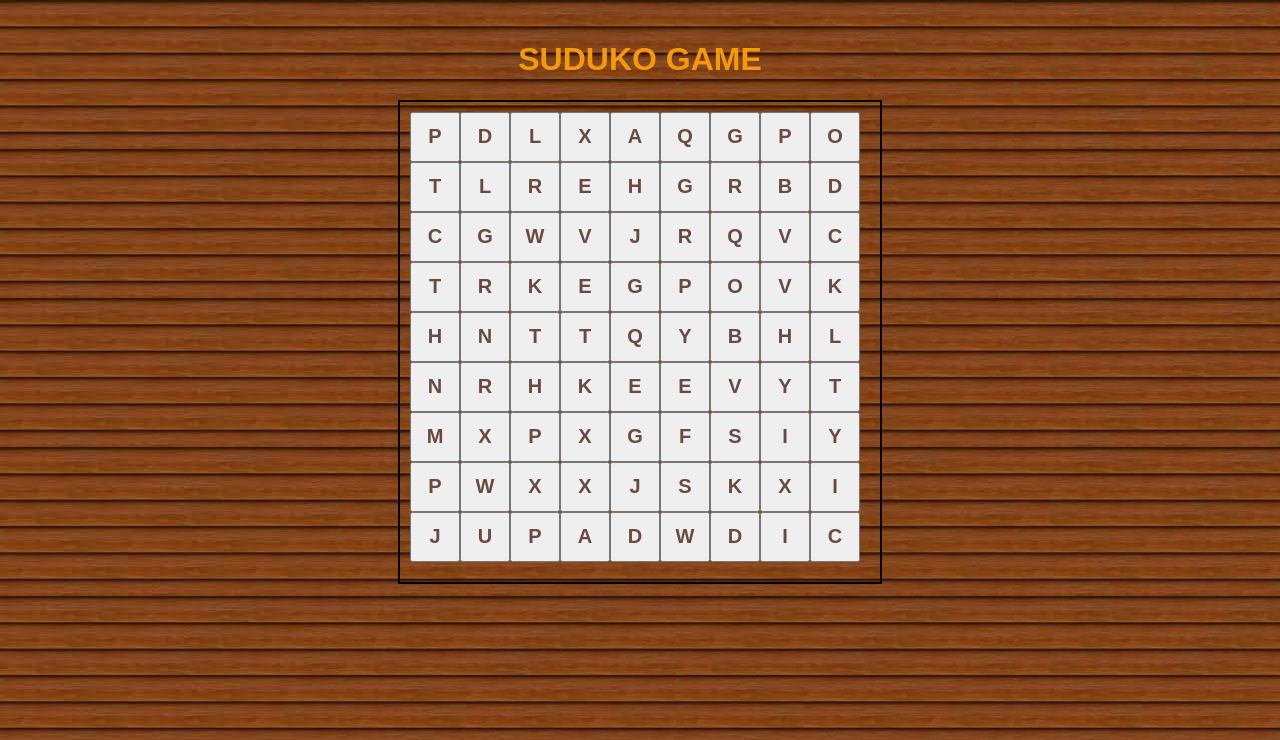
Repository: ahmad8969/Suduko-Game-React-App
Page: /
The author's editor kept a copy of each file at every save. The page is drawn from the files as they stood at one save, then again after a run of saves.
The browser window is 1280 px wide. The pictures show the whole page.
Some web fonts or font styles are not loaded; a fallback is used. The project was rebuilt for these pictures with package versions that can differ from the ones it lists, and the page was loaded fresh each time.

Above is the page before, as saved 2021-03-11 12:31:08.

### src/index.js
import React from 'react';
import ReactDOM from 'react-dom';
import './index.css';
import Board from './board';
import reportWebVitals from './reportWebVitals';

ReactDOM.render(
  <React.StrictMode>
    <Board />
  </React.StrictMode>,
  document.getElementById('root')
);



// If you want to start measuring performance in your app, pass a function
// to log results (for example: reportWebVitals(console.log))
// or send to an analytics endpoint. Learn more: https://bit.ly/CRA-vitals
reportWebVitals();

### src/board.js
import React, { useState}  from 'react';   //{useState}
import './App.css';
import Block from './components/block'
import NineBlock from './components/nineBlockComponent';

// function useForceUpdate(){
//   const [counter,setCounter]= useState(0);
//   return setCounter(counter+1);


// }
function Board () {
  const xAxis_Selection_Array=   [];
  const yAxis_Selection_Array=   [];
  const DiagonalSelectionUpward_Selection_Array= [];
  const DiagonalSelectionUpwardLeftUp_selection_Array= [];
  const DiagonalSelectionDownward_selection_Array= [];
  const DiagonalSelectionDownwardLeftDown_selection_Array= [];
  const complete_blocks_Array = [];

  const nine_block_Element_into_Nine = [0,1,2,3,4,5,6,7,8];
  const single_block_Into_Nine = [0,1,2,3,4,5,6,7,8];
  const [getting_current_id, setGetting_current_id]=useState();
  const [Iid, setIid]=useState();
  const [Jid, setJid]=useState();
  // const [isClicked,  setIsClicked]= useState(false);




  const Click = (idOfSpecificButton,i,j,e) =>{

    setGetting_current_id(idOfSpecificButton);
    setIid(i);
    setJid(j);
    console.log(Iid,Jid,getting_current_id);
  }

  const XaxisSelection = (i)=>{
    for(let xAxis= 0; xAxis<=8; xAxis++){
      let creatId= i+ xAxis;
      document.getElementById(creatId).style.backgroundColor="indigo";
      xAxis_Selection_Array.push(creatId);
    }
  }

  const YaxisSelection = (i)=> {
    for(let xAxis1= 0; xAxis1<=8; xAxis1++){
      let creatId=  xAxis1 +i;
      document.getElementById(creatId).style.backgroundColor="indigo";

      yAxis_Selection_Array.push(creatId);
    }
  }

  const DiagonalSelectionUpward = (selectedId)=>{
  let array_of_length= nine_block_Element_into_Nine.length;
  console.log(array_of_length);
  console.log(typeof(array_of_length));
  let get_the_id_of_current_box= parseInt(selectedId);
  console.log(get_the_id_of_current_box);
    for(let hello=get_the_id_of_current_box; hello>=0; hello-=array_of_length){
      if(hello<=9){
        if(hello==9){
          return;
        }else{
        var concatination = 0+`${hello}`;
        document.getElementById(`${concatination}`).style.backgroundColor="indigo";
        DiagonalSelectionUpward_Selection_Array.push(`${concatination}`);

      }
      } else if(hello==19 || hello==29 || hello==39 || hello==49 || hello==59 || hello==69 || hello==79){
        return;
      }
      else{
        document.getElementById(`${hello}`).style.backgroundColor="indigo";
        DiagonalSelectionUpward_Selection_Array.push(`${hello}`);

      }

    }
  }
        const DiagonalSelectionUpwardLeftUp = (selectedId)=>{
          let array_of_length= 2 + nine_block_Element_into_Nine.length;
          console.log(array_of_length);
          console.log(typeof(array_of_length));
          let get_the_id_of_current_box= parseInt(selectedId);
          console.log(get_the_id_of_current_box);
            for(let hello=get_the_id_of_current_box; hello>=0; hello-=array_of_length){
              if(hello<=9){
                var concatination = 0+`${hello}`;
                document.getElementById(concatination).style.backgroundColor="indigo";
                DiagonalSelectionUpwardLeftUp_selection_Array.push(concatination);
                return;

              } else if( hello==9 || hello==19 || hello==29 || hello==39 || hello==49 || hello==59 || hello==69 || hello==79){
                return;
              }
              else{
                document.getElementById(hello).style.backgroundColor="indigo";
                DiagonalSelectionUpwardLeftUp_selection_Array.push(hello);
              }
              console.log(DiagonalSelectionUpwardLeftUp_selection_Array);
            }

          }


        const DiagonalSelectionDownward= (selectedId)=>{
          let array_of_length= nine_block_Element_into_Nine.length;
          console.log(array_of_length);
          console.log(typeof(array_of_length));
          let get_the_id_of_current_box= parseInt(selectedId);
          console.log(get_the_id_of_current_box);
    for(let hello=get_the_id_of_current_box; hello<=88; hello+=array_of_length){
      if(hello==0){
        return;
      }
      else if(hello<=9){
        var concatination = 0+`${hello}`;
        document.getElementById(concatination).style.backgroundColor="indigo";
        DiagonalSelectionDownward_selection_Array.push(concatination);
      } else if(hello==19 || hello==29 || hello==39 || hello==49 || hello==59 || hello==69 || hello==79){
        return;
      }
      else{
        document.getElementById(hello).style.backgroundColor="indigo";
        DiagonalSelectionDownward_selection_Array.push(hello);
      }


    }console.log(DiagonalSelectionDownward_selection_Array)
        }
        const DiagonalSelectionDownwardLeftDown= (selectedId)=>{
          let array_of_length= 2 +  nine_block_Element_into_Nine.length;
  console.log(array_of_length);
  console.log(typeof(array_of_length));
  let get_the_id_of_current_box= parseInt(selectedId);
  console.log(get_the_id_of_current_box);
    for(let hello=get_the_id_of_current_box; hello<=88; hello+=array_of_length){
      if(hello==0){
        return;
      }
      else if(hello<=9){
        var concatination = 0+`${hello}`;
        document.getElementById(concatination).style.backgroundColor="indigo";
        DiagonalSelectionDownwardLeftDown_selection_Array.push(concatination);
      } else if( hello==19 || hello==29 || hello==39 || hello==49 || hello==59 || hello==69 || hello==79){
        return;
      }
      else{
        document.getElementById(hello).style.backgroundColor="indigo";
        DiagonalSelectionDownwardLeftDown_selection_Array.push(hello);
      }

    }console.log(DiagonalSelectionDownwardLeftDown_selection_Array);
        }
        const gettingRandomNumber = () => {
          let random = Math.floor(Math.random() * (65 - 90)) + 90;
          const character = String.fromCharCode(random);
          return character;
        }

        const creatingReadOnlyBlock = () => {
          nine_block_Element_into_Nine.map((val)=>{
            single_block_Into_Nine.map((valu)=>{
              let valueOfId= `${val}${valu}`;
              complete_blocks_Array.push(valueOfId);
            })
          })
        }
        const filter_two_arrays= ()=> {
          const complete_selection_array = [...xAxis_Selection_Array,
            ...yAxis_Selection_Array,
            ...DiagonalSelectionUpward_Selection_Array,
            ...DiagonalSelectionUpwardLeftUp_selection_Array,
            ...DiagonalSelectionDownward_selection_Array,
            ...DiagonalSelectionDownwardLeftDown_selection_Array
          ];
            let filteredId = complete_blocks_Array.filter((id) => !complete_selection_array.includes(id));
            filteredId.map((id) => {
              return (document.getElementById(id).disabled = true);
            });
        }

        const changeStateHandler = (getting_current_id,Iid,Jid) => {
          document.getElementById(getting_current_id).style.color="green";
          XaxisSelection(Iid);
          YaxisSelection(Jid);
          DiagonalSelectionUpward(getting_current_id);
          DiagonalSelectionDownward(getting_current_id);
          DiagonalSelectionDownwardLeftDown(getting_current_id);
          DiagonalSelectionUpwardLeftUp(getting_current_id);

        }
         if(Iid && Jid && getting_current_id !=null){

          changeStateHandler(getting_current_id,Iid,Jid);
          creatingReadOnlyBlock();
          filter_two_arrays();


        }


        // console.log(complete_selection_array);



        // console.log(complete_blocks_Array);




  return (

    <div className="App">
    <h1>SUDUKO GAME </h1>
    <div className="board_nine_block_Style">
    {nine_block_Element_into_Nine.map((s,i)=>{
      return(
      <div>

      <NineBlock id={i}>
        {single_block_Into_Nine.map((s,j)=>


          <Block  rowId={i} value={gettingRandomNumber()} click={Click} colId={j} keys={`${i}${j}`}></Block>

        )}

      </NineBlock>
      </div>
      )
    })
    }
    </div>
    </div>
  );
}

export default Board;

### src/App.css
@import url('http://fonts.cdnfonts.com/css/game');
.App {
  text-align: center;
  background-image: url('images/download.jpg');
  color:rgb(245, 154, 7);
  padding-top:20px;
  font-family: 'GAME', sans-serif;
  /* display: flex; */
   height: 100vh !important;
  /* width: 490px !important; */
  margin: 0 auto;

}

.board_nine_block_Style{
  height: 460px !important;
  width: 460px !important;
  border:2px solid black !important;
  padding: 10px;
  margin:  auto !important;
  /* display: flex; */
  /* grid-column-gap: 0px !important;
  grid-row-gap: 0px !important;
  grid-template-columns:repeat(3,1fr)!important; */
}
.heading{
  color: white;
  text-align:center;
  padding-top:50px!important;
  /* margin-top: 10px!important; */
  font-size: 30px;

}


/* @keyframes App-logo-spin {
  from {
    transform: rotate(0deg);
  }
  to {
    transform: rotate(360deg);
  }
} */

### src/components/block.js
import React, {useState} from 'react';

import './block.css';


const Block = (props)=>{
    var uniqueId = `${props.rowId}`+ `${props.colId}` ;
    const[value, setValue]= useState(props.value)
    const[isClicked, setIsClicked]= useState(false);
    let [counter, setCounter]= useState(0);




    const changeState = (e) => {
        setCounter(counter+1);

        if(counter == 0){
            props.click();
        setIsClicked(!isClicked);
        console.log(counter)
        }
        else if(counter > 0){
            console.log(counter)
            alert("jfksjfkjsalj")
            return;
        }

    }
    const onChangeHandler = (e) =>{
        let getting_Current_Value = e.target.value;
        console.log(getting_Current_Value);
        setValue(getting_Current_Value)
    }
    const onKeyUpHandler = (e) =>{


        if(e.keyCode ===13){
            if(e.target.value ===''){
                alert("fill this");
            }else{
            setIsClicked(!isClicked);
        }
        }
    }
    const onFocusOuts = (e) =>{
        let previousValue = e.target.value;
        console.log(previousValue);
            if(previousValue === ''){
                setValue(props.value);
            }else{
                setValue(previousValue);
            }

    }

    if(isClicked){
        return <input className="inputStyle" value={value}
         onKeyUp={(e)=>{onKeyUpHandler(e)}}
         onChange={(e) => {onChangeHandler(e)}}
         onBlur={(e) => {onFocusOuts(e)}}
          type="text"/>;
    }

return(
    <div className="button_block">
    <button id={props.keys} onClick={(e)=>{changeState(e);}} value={value}> {value}</button>
    </div>

)
}

export default Block;

### src/components/nineBlockComponent.js
import React from 'react';
import Block from './block'
import './block.css'

const NineBlockBox = (props) =>{

    return (
        <div className="nine_block_Style">
            {props.children}
        </div>
    )
}
export default NineBlockBox;




// {single_block_Into_Nine.map((s,i)=>{
//     let random = Math.floor(Math.random() * (49 - 57)) + 57;
//     const character = String.fromCharCode(random);

//   return(
//     <div>
//       {/* <Block keyId={i} boardId={props.id}  number={character}/> */}
//       {props.children}
//       </div>
//   )
//   })}

### src/components/block.css
.button_block button{
    height: 50px !important;
    width: 50px !important;
    /* background-image: url('../images/wood.jpg'); */
    /* background-color: aquamarine !important; */
    margin: 0!important;
    font-size: 20px!important;
    font-weight:600;
    /* color:rgb(109,84,62); */
    color: #6a4940;
}
.nine_block_Style{
    /* height: 150px !important;
    width: 150px !important; */
    /* border:2px solid rgb(245, 154, 7) !important; */
    display: flex;
    /* margin: auto!important; */

    /* grid-template-columns:repeat(3,1fr)!important;
    grid-column-gap: 0px !important;
    grid-row-gap: 0px !important; */
}
.button_block1{
    height: 40px !important;
    width: 40px !important;
    /* background-image: url('../images/wood.jpg'); */
    /* background-color: aquamarine !important; */
    margin: 0!important;
    font-size: 20px!important;
    font-weight:600;
    /* border:2px solid black; */
    /* color:rgb(109,84,62); */
    color: #6a4940;
}
.inputStyle{
    width:42.7px !important;
    height:44px !important;
    font-size:20px !important;
    font-weight:600;
    color: white;
    /* padding: auto!important; */
    text-align: center !important;
    background-color: green !important;
}

Loaded but not shown: public/index.html (common file); src/index.css (common file); src/reportWebVitals.js (common file)

After the next 3 saves:
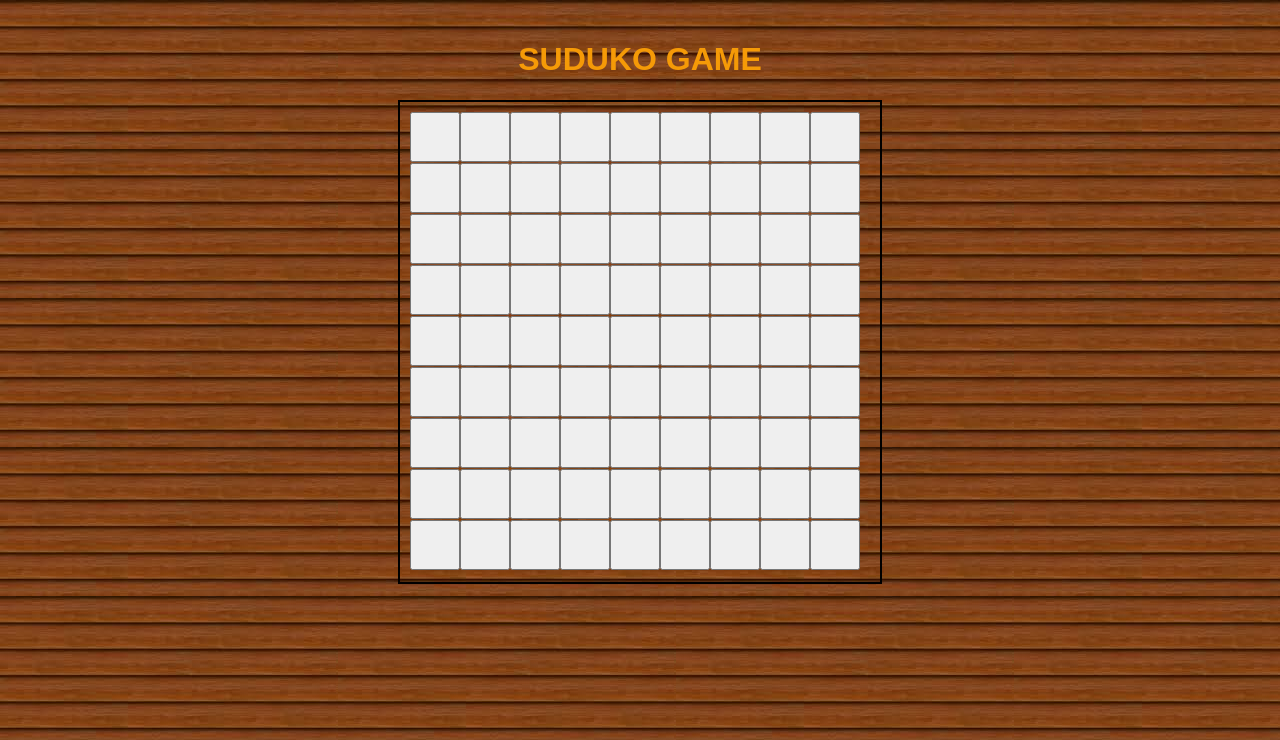
The 3 saves are shown as one change because 2 did not build or start.
The last was saved 8 min 21 s later.
--- a/src/components/block.js
+++ b/src/components/block.js
@@ -3,34 +3,34 @@ import React, {useState} from 'react';
 import './block.css';
 
 
-const Block = (props)=>{
-    var uniqueId = `${props.rowId}`+ `${props.colId}` ;
-    const[value, setValue]= useState(props.value)
+const Block = ({rowId,colId,keys,value})=>{
+    var uniqueId = `${rowId}`+ `${colId}` ;
+    const[value1, setValue1]= useState()
     const[isClicked, setIsClicked]= useState(false);
     let [counter, setCounter]= useState(0);
 
 
 
 
-    const changeState = (e) => {
-        setCounter(counter+1);
+    // const changeState = (e) => {
+    //     setCounter(counter+1);
 
-        if(counter == 0){
-            props.click();
-        setIsClicked(!isClicked);
-        console.log(counter)
-        }
-        else if(counter > 0){
-            console.log(counter)
-            alert("jfksjfkjsalj")
-            return;
-        }
+    //     if(counter == 0){
+    //         props.click();
+    //     setIsClicked(!isClicked);
+    //     console.log(counter)
+    //     }
+    //     else if(counter > 0){
+    //         console.log(counter)
+    //         alert("jfksjfkjsalj")
+    //         return;
+    //     }
 
-    }
+    // }
     const onChangeHandler = (e) =>{
         let getting_Current_Value = e.target.value;
         console.log(getting_Current_Value);
-        setValue(getting_Current_Value)
+        setValue1(getting_Current_Value)
     }
     const onKeyUpHandler = (e) =>{
 
@@ -47,9 +47,9 @@ const Block = (props)=>{
         let previousValue = e.target.value;
         console.log(previousValue);
             if(previousValue === ''){
-                setValue(props.value);
+                setValue1(value1);
             }else{
-                setValue(previousValue);
+                setValue1(previousValue);
             }
 
     }
@@ -64,7 +64,7 @@ const Block = (props)=>{
 
 return(
     <div className="button_block">
-    <button id={props.keys} onClick={(e)=>{changeState(e);}} value={value}> {value}</button>
+    <button id={keys} onClick={(e)=>{click(keys, rowId, colId)}} value={value}> {value1}</button>
     </div>
 
 )
